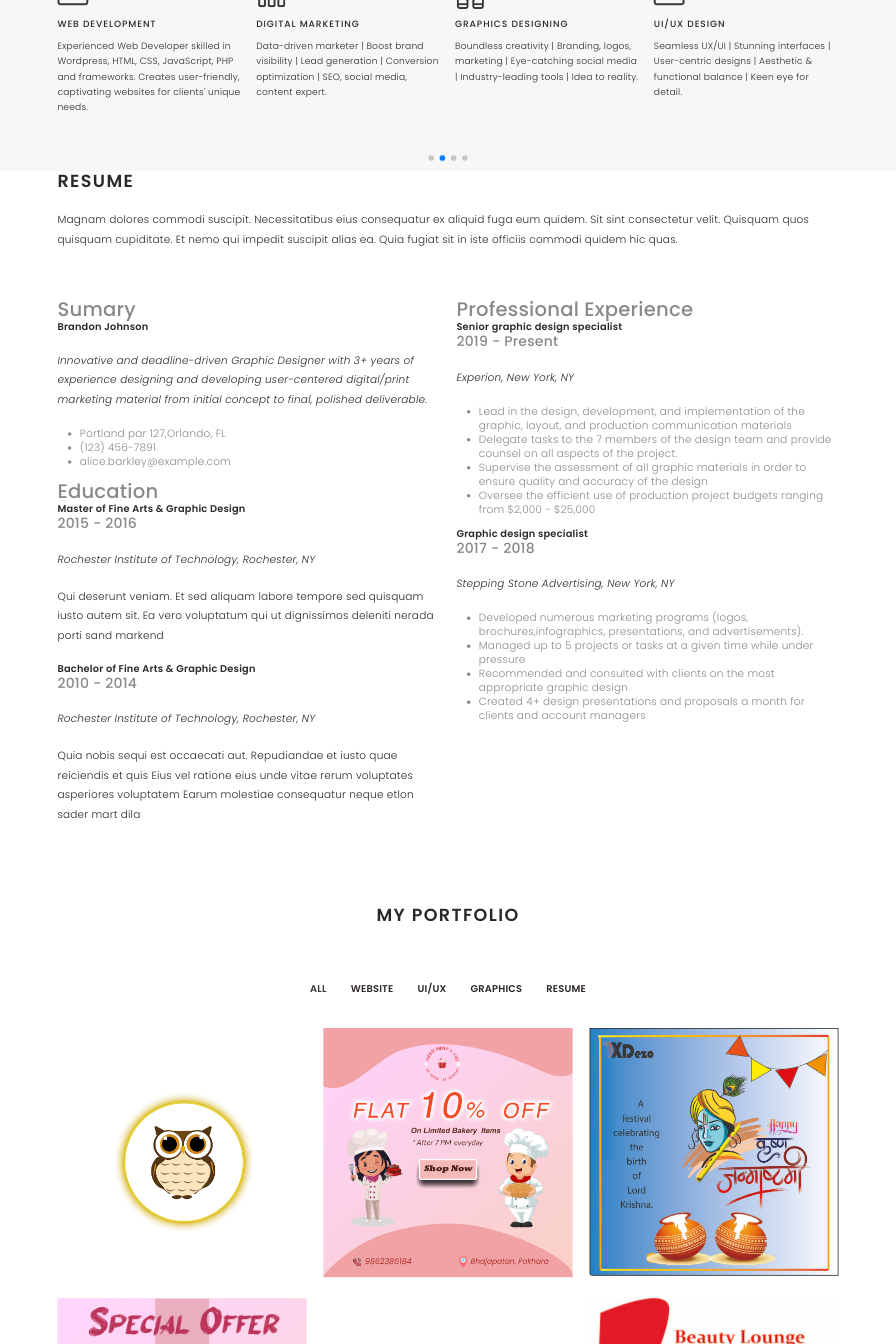
Repository: sandhya8109/portfolio
Page: index.html
The author's editor kept a copy of each file at every save. The page is drawn from the files as they stood at one save, then again after a run of saves.
The browser window is 1280 px wide. The pictures show the part of the page from y = 1371 to 3291 px (the page is 5248 px tall before and 5528 px after), at 70% of full size.
Some web fonts or font styles are not loaded; a fallback is used.

Above is the page before, as saved 2023-11-20 19:46:05.

### index.html
<!DOCTYPE html>
<html lang="en">

<head>
  <meta charset="utf-8">
  <meta content="width=device-width, initial-scale=1.0" name="viewport">

  <title>Sandhya's portfolio</title>
  <meta content="" name="description">
  <meta content="" name="keywords">

  <!-- Favicons -->
  <link href="assets/img/logo.png" rel="icon">
  <link href="assets/img/apple-touch-icon.png" rel="apple-touch-icon">

  <!-- Google Fonts -->
  <link href="https://fonts.googleapis.com/css?family=Poppins:300,300i,400,400i,500,500i,600,600i,700,700i|Playfair+Display:400,400i,500,500i,600,600i,700,700i,900,900i" rel="stylesheet">

  <!-- Vendor CSS Files -->
  <link href="assets/vendor/bootstrap/css/bootstrap.min.css" rel="stylesheet">
  <link href="assets/vendor/bootstrap-icons/bootstrap-icons.css" rel="stylesheet">
  <link href="assets/vendor/boxicons/css/boxicons.min.css" rel="stylesheet">
  <link href="assets/vendor/glightbox/css/glightbox.min.css" rel="stylesheet">
  <link href="assets/vendor/swiper/swiper-bundle.min.css" rel="stylesheet">

  <!-- Template Main CSS File -->
  <link href="assets/css/style.css" rel="stylesheet">
</head>

<body>

  <!-- ======= Header ======= -->
  <header id="header" class="fixed-top ">
    <div class="container d-flex align-items-center justify-content-between">

      <a href="index.html" class="logo"><img src="assets/img/logo.png" alt="" class="img-fluid"></a>
      <!-- Uncomment below if you prefer to use an text logo -->
      <!-- <h1 class="logo"><a href="index.html">Sandy Portfolio</a></h1> -->

      <nav id="navbar" class="navbar">
        <ul>
          <li><a class="nav-link scrollto active" href="#hero">Home</a></li>
          <li><a class="nav-link scrollto" href="#about">About</a></li>
          <li><a class="nav-link  scrollto" href="#portfolio">Portfolio</a></li>
          <li><a class="nav-link  scrollto" href="#journal">Blog</a></li>
          <li><a class="nav-link scrollto" href="#resume">Resume</a></li>
          <li class="dropdown"><a href="#"><span>Resume</span> <i class="bi bi-chevron-down"></i></a>
            <ul>
              <li><a href="#">Resume</a></li>
              <li class="dropdown"><a href="#"><span>Deep Drop Down</span> <i class="bi bi-chevron-right"></i></a>
                <ul>
                  <li><a href="#">Deep Drop Down 1</a></li>
                  <li><a href="#">Deep Drop Down 2</a></li>
                  <li><a href="#">Deep Drop Down 3</a></li>
                  <li><a href="#">Deep Drop Down 4</a></li>
                  <li><a href="#">Deep Drop Down 5</a></li>
                </ul>
              </li>
              <li><a href="#">Drop Down 2</a></li>
              <li><a href="#">Drop Down 3</a></li>
              <li><a href="#">Drop Down 4</a></li>
            </ul>
          </li>
          <li><a class="nav-link scrollto" href="#contact">Contact</a></li>
        </ul>
        <i class="bi bi-list mobile-nav-toggle"></i>
      </nav><!-- .navbar -->

    </div>
  </header><!-- End Header -->

  <!-- ======= Hero Section ======= -->
  <div id="hero" class="home">

    <div class="container">
      <div class="hero-content">
        <h1>I'm  <span class="typed" data-typed-items="Sandhya Rimal, Web Developer,UI/UX Designer, Digital Marketer,Graphics Designer, Transcriber"></span></h1>
        <p>Web Developer, UI/UX Designer, Digital Marketer, Graphics Designer, Transcriber</p>

        <ul class="list-unstyled list-social">
          <li><a href="https://www.facebook.com/sandhya809/"><i class="bi bi-facebook"></i></a></li>
          <li><a href="https://github.com/sandhya8109"><i class="bi bi-github"></i></a></li>
          <li><a href="https://www.instagram.com/8109_sandy/"><i class="bi bi-instagram"></i></a></li>
          <li><a href="https://www.linkedin.com/in/sandhya-rimal-7470601b7/"><i class="bi bi-linkedin"></i></a></li>
        </ul>
      </div>
    </div>
  </div><!-- End Hero -->

  <main id="main">

    <!-- ======= About Section ======= -->
    <div id="about" class="paddsection">
      <div class="container">
        <div class="row justify-content-between">

          <div class="col-lg-4 ">
            <div class="div-img-bg">
              <div class="about-img">
                <img src="assets/img/me.jpg" class="img-responsive" alt="me">
              </div>
            </div>
          </div>

          <div class="col-lg-7">
            <div class="about-descr">

              <h2>About Me </h2>
              <p class="separator">Welcome to my portfolio! I am Sandhya Rimal, a versatile professional skilled in Web Development, Digital Marketing, UI/UX Design, Transcription, and Graphics Design. Based in Pokhara, I have a passion for crafting engaging digital experiences and delivering high-quality services to clients from various industries.</p>

            </div>

          </div>
        </div>
      </div>
    </div><!-- End About Section -->


    <!-- ======= Services Section ======= -->
    <div id="services">
      <div class="container">

        <div class="services-slider swiper" data-aos="fade-up" data-aos-delay="100">
          <div class="swiper-wrapper">

            <div class="swiper-slide">
              <div class="services-block">
                <i class="bi bi-briefcase"></i>
                <span>UI/UX DESIGN</span>
                <p class="separator">
                  Seamless UX/UI | Stunning interfaces | User-centric designs | Aesthetic & functional balance | Keen eye for detail.</p>
              </div>
            </div><!-- End testimonial item -->

            <div class="swiper-slide">
              <div class="services-block">
                <i class="bi bi-card-checklist"></i>
                <span>Web Development</span>
                <p class="separator">
                  Experienced Web Developer skilled in Wordpress, HTML, CSS, JavaScript, PHP and frameworks. Creates user-friendly, captivating websites for clients' unique needs.</p>
              </div>
                           </div><!-- End testimonial item -->
            <div class="swiper-slide">
              <div class="services-block">
                <i class="bi bi-bar-chart"></i>
                <span>Digital Marketing</span>
                <p class="separator">
                  Data-driven marketer | Boost brand visibility | Lead generation | Conversion optimization | SEO, social media, content expert.</p>
              </div>
            </div><!-- End testimonial item -->
            <div class="swiper-slide">
              <div class="services-block">
                <i class="bi bi-binoculars"></i>
                <span>Graphics Designing</span>
                <p class="separator">
                  Boundless creativity | Branding, logos, marketing | Eye-catching social media | Industry-leading tools | Idea to reality.</p>
              </div>
                            </div><!-- End testimonial item -->

            </div><!-- End testimonial item -->



          </div>
          <div class="swiper-pagination"></div>
        </div>

      </div>

    </div><!-- End Services Section -->
    <section id="resume" class="resume">
      <div class="container aos-init aos-animate" data-aos="fade-up">

        <div class="section-title">
          <h2>Resume</h2>
          <p>Magnam dolores commodi suscipit. Necessitatibus eius consequatur ex aliquid fuga eum quidem. Sit sint consectetur velit. Quisquam quos quisquam cupiditate. Et nemo qui impedit suscipit alias ea. Quia fugiat sit in iste officiis commodi quidem hic quas.</p>
        </div>

        <div class="row">
          <div class="col-lg-6">
            <h3 class="resume-title">Sumary</h3>
            <div class="resume-item pb-0">
              <h4>Brandon Johnson</h4>
              <p><em>Innovative and deadline-driven Graphic Designer with 3+ years of experience designing and developing user-centered digital/print marketing material from initial concept to final, polished deliverable.</em></p>
              <ul>
                <li>Portland par 127,Orlando, FL</li>
                <li>(123) 456-7891</li>
                <li>alice.barkley@example.com</li>
              </ul>
            </div>

            <h3 class="resume-title">Education</h3>
            <div class="resume-item">
              <h4>Master of Fine Arts &amp; Graphic Design</h4>
              <h5>2015 - 2016</h5>
              <p><em>Rochester Institute of Technology, Rochester, NY</em></p>
              <p>Qui deserunt veniam. Et sed aliquam labore tempore sed quisquam iusto autem sit. Ea vero voluptatum qui ut dignissimos deleniti nerada porti sand markend</p>
            </div>
            <div class="resume-item">
              <h4>Bachelor of Fine Arts &amp; Graphic Design</h4>
              <h5>2010 - 2014</h5>
              <p><em>Rochester Institute of Technology, Rochester, NY</em></p>
              <p>Quia nobis sequi est occaecati aut. Repudiandae et iusto quae reiciendis et quis Eius vel ratione eius unde vitae rerum voluptates asperiores voluptatem Earum molestiae consequatur neque etlon sader mart dila</p>
            </div>
          </div>
          <div class="col-lg-6">
            <h3 class="resume-title">Professional Experience</h3>
            <div class="resume-item">
              <h4>Senior graphic design specialist</h4>
              <h5>2019 - Present</h5>
              <p><em>Experion, New York, NY </em></p>
              <ul>
                <li>Lead in the design, development, and implementation of the graphic, layout, and production communication materials</li>
                <li>Delegate tasks to the 7 members of the design team and provide counsel on all aspects of the project. </li>
                <li>Supervise the assessment of all graphic materials in order to ensure quality and accuracy of the design</li>
                <li>Oversee the efficient use of production project budgets ranging from $2,000 - $25,000</li>
              </ul>
            </div>
            <div class="resume-item">
              <h4>Graphic design specialist</h4>
              <h5>2017 - 2018</h5>
              <p><em>Stepping Stone Advertising, New York, NY</em></p>
              <ul>
                <li>Developed numerous marketing programs (logos, brochures,infographics, presentations, and advertisements).</li>
                <li>Managed up to 5 projects or tasks at a given time while under pressure</li>
                <li>Recommended and consulted with clients on the most appropriate graphic design</li>
                <li>Created 4+ design presentations and proposals a month for clients and account managers</li>
              </ul>
            </div>
          </div>
        </div>

      </div>
    </section>
    <!-- ======= Portfolio Section ======= -->
    <div id="portfolio" class="paddsection">

      <div class="container">
        <div class="section-title text-center">
          <h2>My Portfolio</h2>
        </div>
      </div>

      <div class="container">

        <div class="row">
          <div class="col-lg-12 d-flex justify-content-center">
            <ul id="portfolio-flters">
              <li data-filter="*" class="filter-active">All</li>
              <li data-filter=".filter-app">Website</li>
              <li data-filter=".filter-card">UI/UX</li>
              <li data-filter=".filter-web">Graphics</li>
              <li data-filter=".filter-resume">Resume</li>
            </ul>
          </div>
        </div>

        <div class="row portfolio-container">

          <div class="col-lg-4 col-md-6 portfolio-item filter-app">
            <img src="assets/img/portfolio/owl.png" class="img-fluid" alt="">
            <div class="portfolio-info">
              <h4>Hope Ability</h4>
              <p>PHP</p>
              <a href="assets/img/portfolio/owl.png" data-gallery="portfolioGallery" class="portfolio-lightbox preview-link" title="App 1"><i class="bx bx-plus"></i></a>
              <a href="portfolio-details.html" class="details-link" title="More Details"><i class="bx bx-link"></i></a>
            </div>
          </div>

          <div class="col-lg-4 col-md-6 portfolio-item filter-web">
            <img src="assets/img/portfolio/final banner.png" class="img-fluid" alt="">
            <div class="portfolio-info">
              <h4>Gurung Bakery</h4>
              <p>Illustrator</p>
              <a href="assets/img/portfolio/final banner.png" data-gallery="portfolioGallery" class="portfolio-lightbox preview-link" title="Web 3"><i class="bx bx-plus"></i></a>
              <a href="portfolio-details.html" class="details-link" title="More Details"><i class="bx bx-link"></i></a>
            </div>
          </div>

          <div class="col-lg-4 col-md-6 portfolio-item filter-web">
            <img src="assets/img/portfolio/krishna janmastami.jpg" class="img-fluid" alt="">
            <div class="portfolio-info">
              <h4>App 2</h4>
              <p>App</p>
              <a href="assets/img/portfolio/krishna janmastami.jpg" data-gallery="portfolioGallery" class="portfolio-lightbox preview-link" title="App 2"><i class="bx bx-plus"></i></a>
              <a href="portfolio-details.html" class="details-link" title="More Details"><i class="bx bx-link"></i></a>
            </div>
          </div>

          <div class="col-lg-4 col-md-6 portfolio-item filter-card">
            <img src="assets/img/portfolio/flyer.png" class="img-fluid" alt="">
            <div class="portfolio-info">
              <h4>Card 2</h4>
              <p>Card</p>
              <a href="assets/img/portfolio/flyer.png" data-gallery="portfolioGallery" class="portfolio-lightbox preview-link" title="Card 2"><i class="bx bx-plus"></i></a>
              <a href="portfolio-details.html" class="details-link" title="More Details"><i class="bx bx-link"></i></a>
            </div>
          </div>

          <div class="col-lg-4 col-md-6 portfolio-item filter-web">
            <img src="assets/img/portfolio/lagan.png" class="img-fluid" alt="">
            <div class="portfolio-info">
              <h4>Web 2</h4>
              <p>Web</p>
              <a href="assets/img/portfolio/lagan.png" data-gallery="portfolioGallery" class="portfolio-lightbox preview-link" title="Web 2"><i class="bx bx-plus"></i></a>
              <a href="portfolio-details.html" class="details-link" title="More Details"><i class="bx bx-link"></i></a>
            </div>
          </div>

          <div class="col-lg-4 col-md-6 portfolio-item filter-app">
            <img src="assets/img/portfolio/letter head.jpg" class="img-fluid" alt="">
            <div class="portfolio-info">
              <h4>App 3</h4>
              <p>App</p>
              <a href="assets/img/portfolio/letter head.jpg" data-gallery="portfolioGallery" class="portfolio-lightbox preview-link" title="App 3"><i class="bx bx-plus"></i></a>
              <a href="portfolio-details.html" class="details-link" title="More Details"><i class="bx bx-link"></i></a>
            </div>
          </div>

        </div>

      </div>

    </div><!-- End Portfolio Section -->

    <!-- ======= Journal Section ======= -->
    <div id="journal" class="text-left paddsection">

      <div class="container">
        <div class="section-title text-center">
          <h2>Short Blog</h2>
        </div>
      </div>

      <div class="container">
        <div class="journal-block">
          <div class="row">

            <div class="col-lg-4 col-md-6">
              <div class="journal-info">

                <a href="blog-single.html"><img src="assets/img/blog-post-1.JPG" class="img-responsive" alt="img"></a>

                <div class="journal-txt">

                  <h4><a href="blog-single.html">Story of Dog</a></h4>
                  <p class="separator">To an English person, it will seem like simplified English
                  </p>

                </div>

              </div>
            </div>

            <div class="col-lg-4 col-md-6">
              <div class="journal-info">

                <a href="blog-single.html"><img src="assets/img/IMG_2219.JPG" class="img-responsive" alt="img"></a>

                <div class="journal-txt">

                  <h4><a href="blog-single.html">I Love You</a></h4>
                  <p class="separator">To an English person, it will seem like simplified English
                  </p>

                </div>

              </div>
            </div>

            <div class="col-lg-4 col-md-6">
              <div class="journal-info">

                <a href="blog-single.html"><img src="assets/img/blog-post-1.JPG" class="img-responsive" alt="img"></a>

                <div class="journal-txt">

                  <h4><a href="blog-single.html">Why?</a></h4>
                  <p class="separator">To an English person, it will seem like simplified English
                  </p>

                </div>

              </div>
            </div>

          </div>
        </div>
      </div>

    </div><!-- End Journal Section -->

    <!-- ======= Contact Section ======= -->
    <div id="contact" class="paddsection">
      <div class="container">
        <div class="contact-block1">
          <div class="row">

            <div class="col-lg-6">
              <div class="contact-contact">

                <h2 class="mb-30">GET IN TOUCH</h2>

                <ul class="contact-details">
                  <li><span>Bhajapatan-13</span></li>
                  <li><span>Pokhara, Nepal</span></li>
                  <li><span>+977 9862386184</span></li>
                  <li><span>sandyrimal07@gmail.com</span></li>
                </ul>

              </div>
            </div>

            <div class="col-lg-6">
              <form action="forms/contact.php" method="post" role="form" class="php-email-form">
                <div class="row gy-3">

                  <div class="col-lg-6">
                    <div class="form-group contact-block1">
                      <input type="text" name="name" class="form-control" id="name" placeholder="Your Name" required>
                    </div>
                  </div>

                  <div class="col-lg-6">
                    <div class="form-group">
                      <input type="email" class="form-control" name="email" id="email" placeholder="Your Email" required>
                    </div>
                  </div>

                  <div class="col-lg-12">
                    <div class="form-group">
                      <input type="text" class="form-control" name="subject" id="subject" placeholder="Subject" required>
                    </div>
                  </div>

                  <div class="col-lg-12">
                    <div class="form-group">
                      <textarea class="form-control" name="message" placeholder="Message" required></textarea>
                    </div>
                  </div>

                  <div class="col-lg-12">
                    <div class="loading">Loading</div>
                    <div class="error-message"></div>
                    <div class="sent-message">Your message has been sent. Thank you!</div>
                  </div>

                  <div class="mt-0">
                    <input type="submit" class="btn btn-defeault btn-send" value="Send message">
                  </div>

                </div>
              </form>
            </div>
          </div>
        </div>
      </div>
    </div><!-- End Contact Section -->

  </main><!-- End #main -->

  <!-- ======= Footer ======= -->
  <div id="footer" class="text-center">
    <div class="container">
      <div class="socials-media text-center">

        <ul class="list-unstyled">
          <li><a href="#"><i class="bi bi-facebook"></i></a></li>
          <li><a href="#"><i class="bi bi-github"></i></a></li>
          <li><a href="#"><i class="bi bi-instagram"></i></a></li>
          <li><a href="#"><i class="bi bi-linkedin"></i></a></li>
        </ul>

      </div>

      <p>&copy; Copyrights Sandy All rights reserved.</p>

      <div class="credits">Designed by <a href="https://bootstrapmade.com/">sandhyarimal.com.np</a>
      </div>

    </div>
  </div><!-- End Footer -->

  <a href="#" class="back-to-top d-flex align-items-center justify-content-center"><i class="bi bi-arrow-up-short"></i></a>

  <!-- Vendor JS Files -->
  <script src="assets/vendor/bootstrap/js/bootstrap.bundle.min.js"></script>
  <script src="assets/vendor/glightbox/js/glightbox.min.js"></script>
  <script src="assets/vendor/isotope-layout/isotope.pkgd.min.js"></script>
  <script src="assets/vendor/swiper/swiper-bundle.min.js"></script>
  <script src="assets/vendor/typed.js/typed.umd.js"></script>
  <script src="assets/vendor/php-email-form/validate.js"></script>

  <!-- Template Main JS File -->
  <script src="assets/js/main.js"></script>

</body>

</html>

Loaded but not shown: assets/vendor/bootstrap/css/bootstrap.min.css (library); assets/vendor/bootstrap-icons/bootstrap-icons.css (library); assets/vendor/boxicons/css/boxicons.min.css (library); assets/vendor/glightbox/css/glightbox.min.css (library); assets/vendor/swiper/swiper-bundle.min.css (library); assets/vendor/bootstrap/js/bootstrap.bundle.min.js (library); assets/vendor/glightbox/js/glightbox.min.js (library); assets/vendor/isotope-layout/isotope.pkgd.min.js (library); assets/vendor/swiper/swiper-bundle.min.js (library); assets/vendor/typed.js/typed.umd.js (library); assets/vendor/php-email-form/validate.js (common file); assets/js/main.js (263 lines, source omitted); assets/css/style.css (1547 lines, source omitted)

After the next 2 saves:
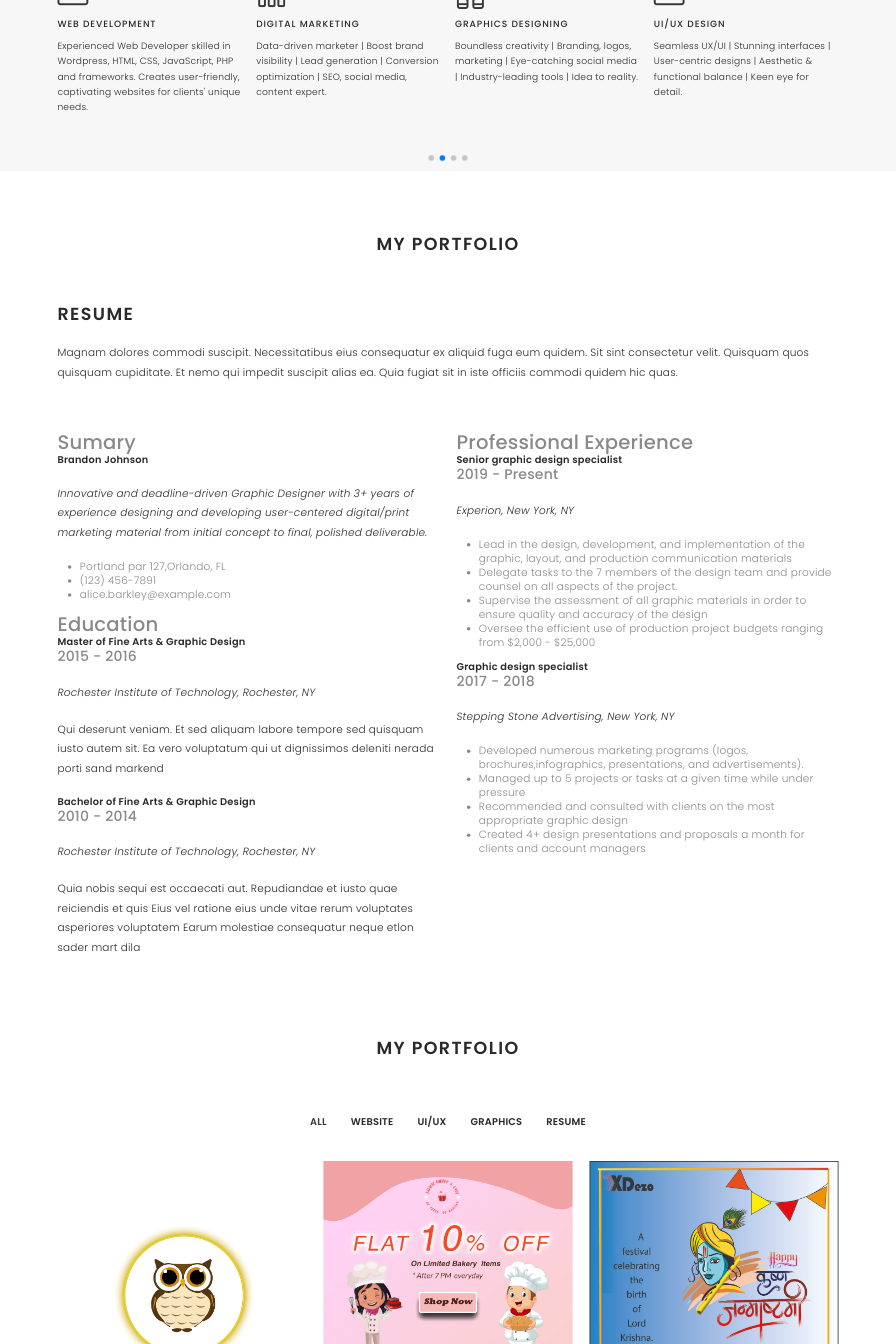
The 2 saves are shown as one change because they came seconds apart.
The last was saved 59 s later.
--- a/index.html
+++ b/index.html
@@ -168,7 +168,13 @@
       </div>
 
     </div><!-- End Services Section -->
-    <section id="resume" class="resume">
+    <div id="resume" class="paddsection">
+
+      <div class="container">
+        <div class="section-title text-center">
+          <h2>My Portfolio</h2>
+        </div>
+      </div>
       <div class="container aos-init aos-animate" data-aos="fade-up">
 
         <div class="section-title">
